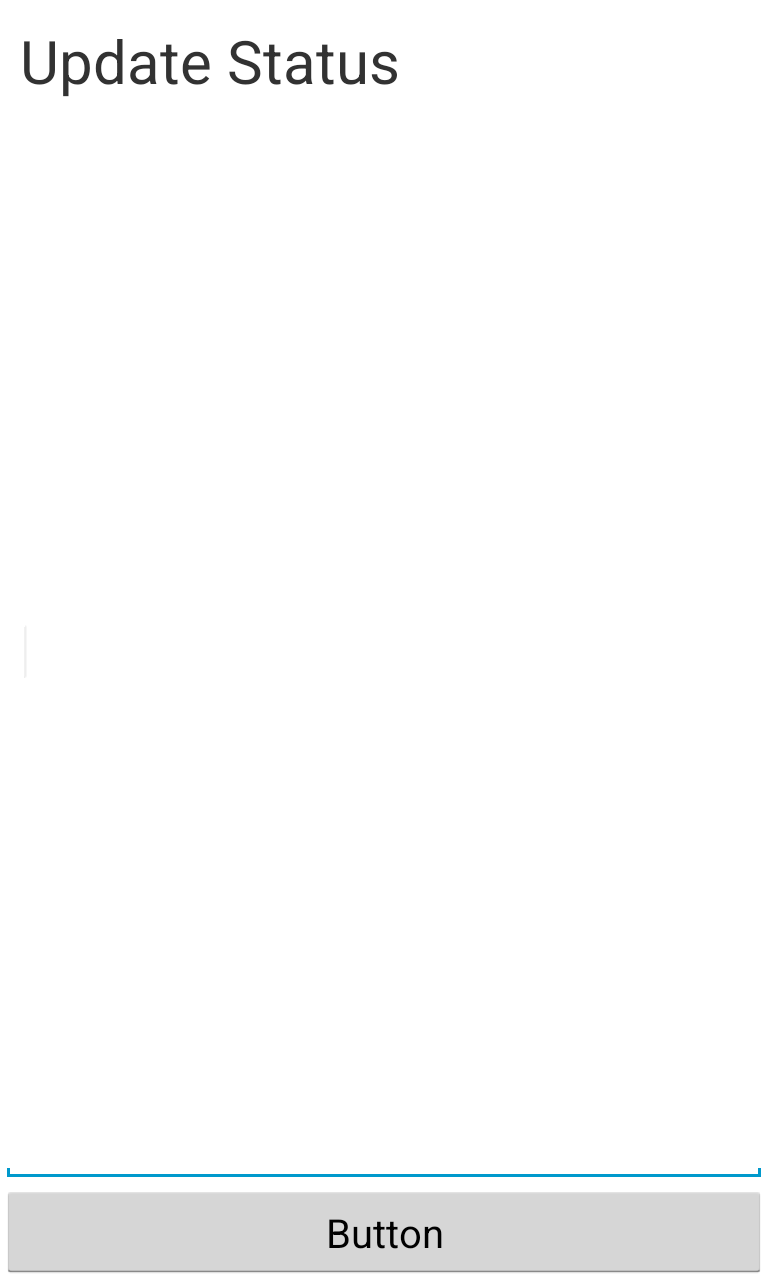
Repository: wkliang/android
Layout: Yamba/res/layout/activity_status.xml
These files come from the project's save history. The layout is drawn as it stood at one moment and after the next save; the edit follows.
It is drawn on a 768 x 1280 px phone screen (xhdpi) without system bars, with theme AppTheme; the app's code is not run.

Above is the layout before, as saved 2012-11-23 17:55:28.

After the next save:
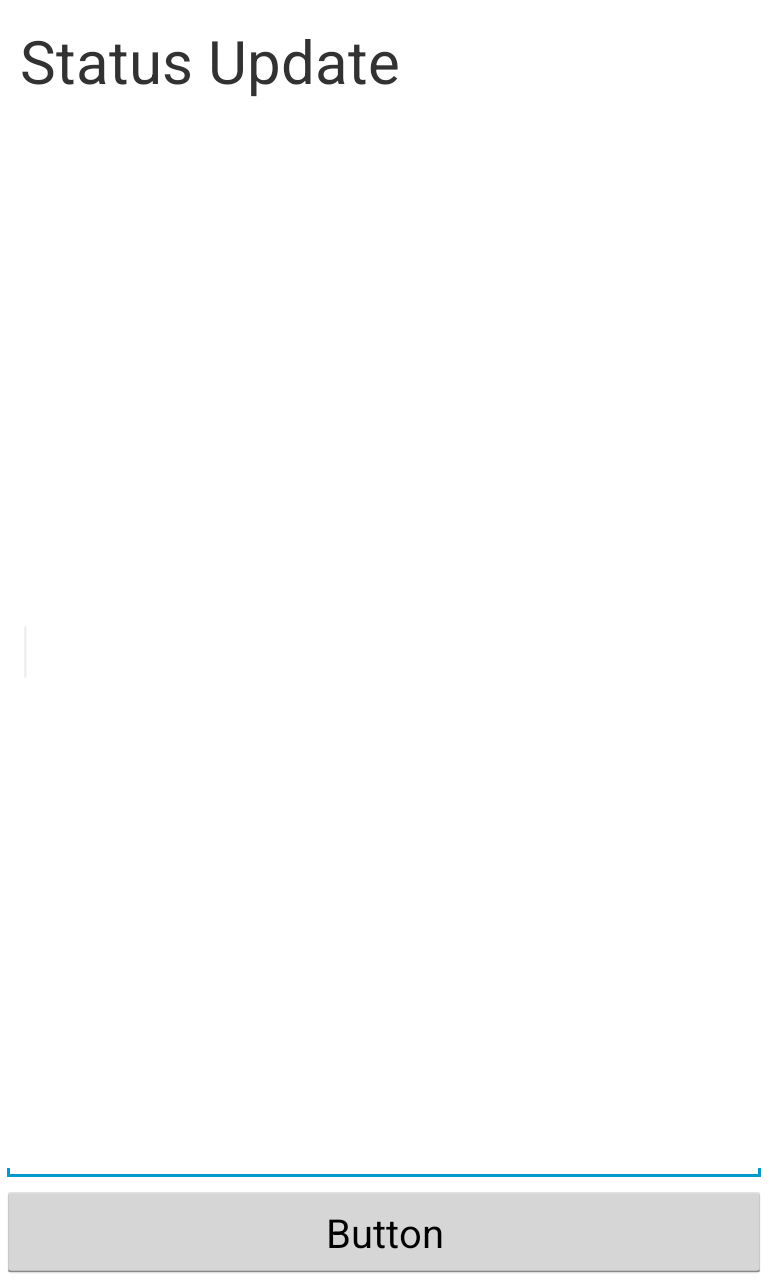
Saved 3 min 2 s later.
--- a/Yamba/res/values/strings.xml
+++ b/Yamba/res/values/strings.xml
@@ -2,9 +2,8 @@
 <resources>
 
     <string name="app_name">Yamba</string>
-    <string name="hello_world">Hello world!</string>
     <string name="menu_settings">Settings</string>
-    <string name="titleStatus">Update Status</string>
+    <string name="titleStatus">Status Update</string>
     <string name="buttonUpdate">Update</string>
 
 </resources>
